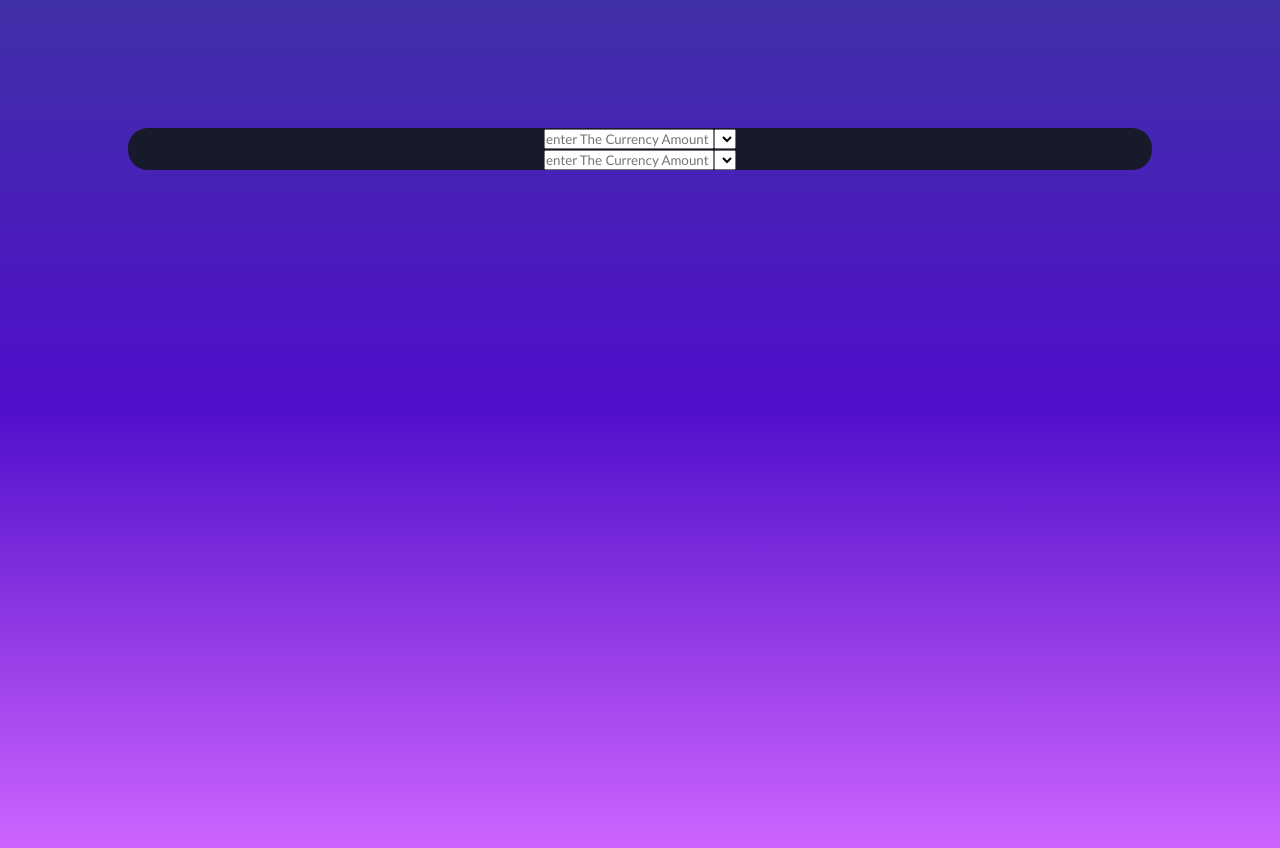
Repository: KamalEssam/currency-converter-react-app
Page: /
An editor plug-in stored every save of this project. The page is shown before and after the next save, followed by the edit.
The browser window is 1280 px wide. The pictures show the whole page.
The page's requests for data from a server got no answer. The project was rebuilt for these pictures with package versions that can differ from the ones it lists, and the page was loaded fresh each time. No one was signed in, and anything a server would have sent is missing.

Above is the page before, as saved 2021-12-21 16:33:04.

After the next save:
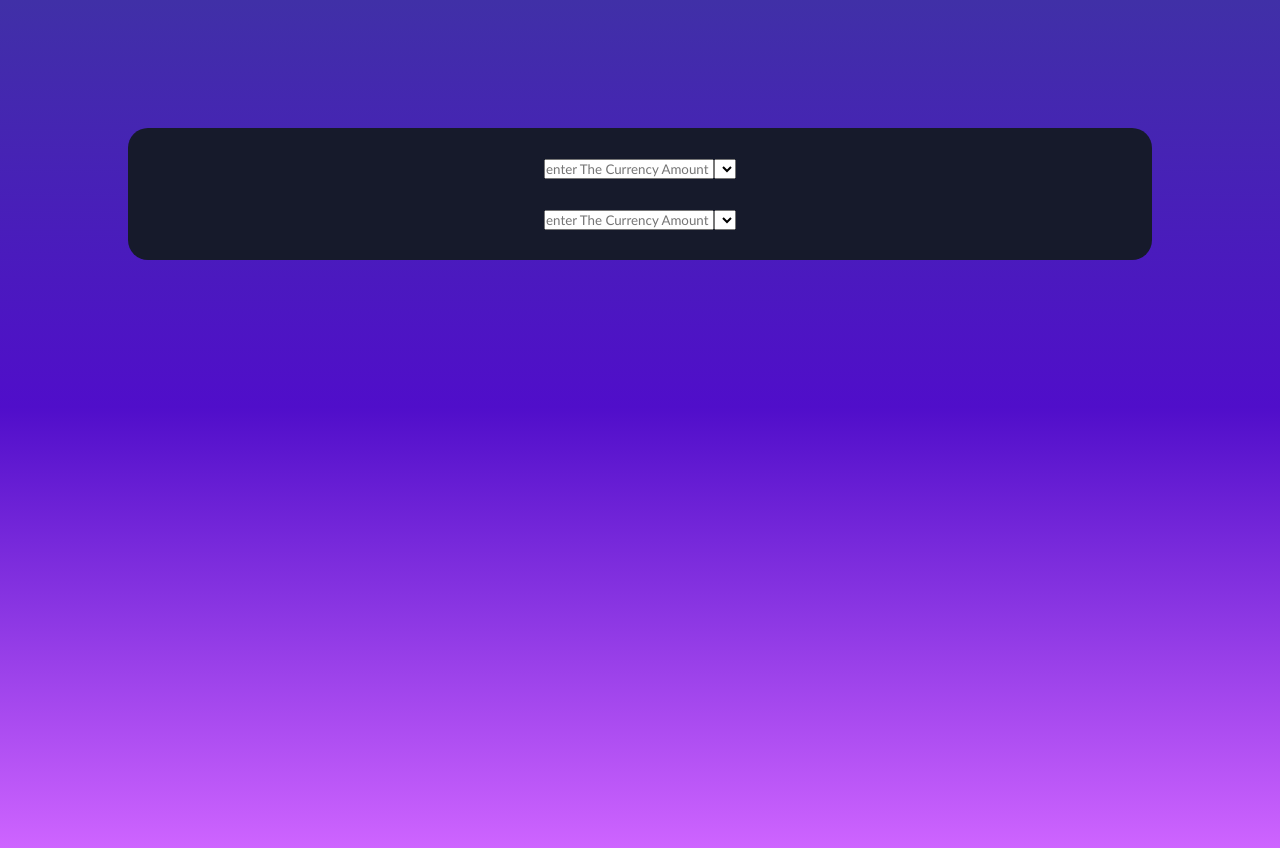
Saved 4 s later.
--- a/src/App.css
+++ b/src/App.css
@@ -40,5 +40,5 @@ body{
 
 }
 .currency-form-group{
-  margin: ;
+  margin: 30px;
 }
